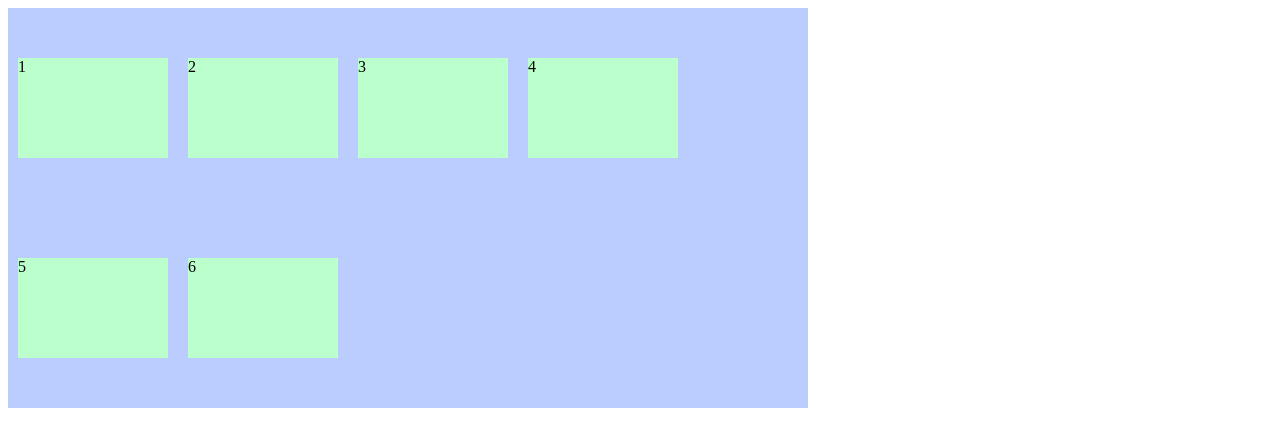
Repository: liutian97/learn1
Page: 移动端web开发/代码/2. Flex 伸缩布局/07-flex设置侧轴对齐方式（多行）.html
The author's editor kept a copy of each file at every save. The page is drawn from the files as they stood at one save, then again after a run of saves.
The browser window is 1280 px wide. The pictures show the whole page.

Above is the page before, as saved 2022-07-02 17:34:52.

After the next 5 saves:
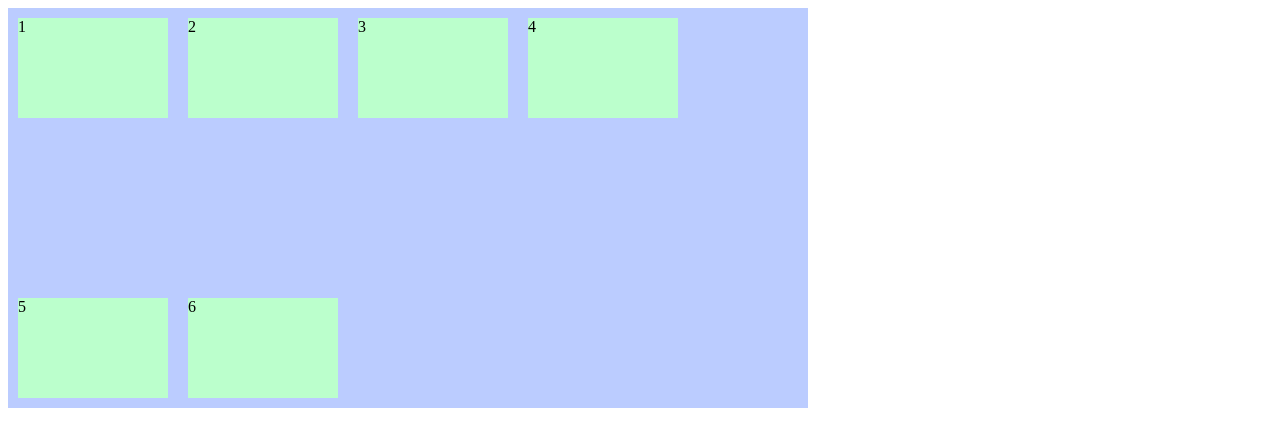
The 5 saves are shown as one change because they came seconds apart.
The last was saved 21 s later.
--- a/移动端web开发/代码/2. Flex 伸缩布局/07-flex设置侧轴对齐方式（多行）.html
+++ b/移动端web开发/代码/2. Flex 伸缩布局/07-flex设置侧轴对齐方式（多行）.html
@@ -19,7 +19,8 @@
       /* align-content: center; */
       /* align-content:flex-start; */
       /* align-content: flex-end; */
-      align-content: space-around;
+      /* align-content: space-around; */
+      align-content: space-between;
     }
 
     div span {
